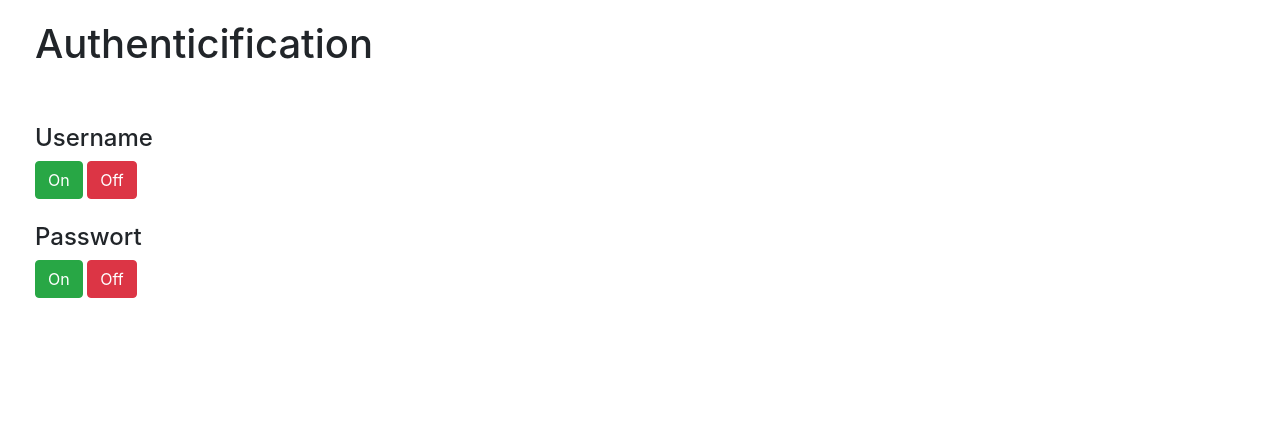
Repository: RobinWarth/Smart-Home-Solutions
Page: Code/Node/public/oauth.html
The author's editor kept a record of every edit. The page is drawn from the files as they stood at one moment, then again after the next edit.
The browser window is 1280 px wide. The pictures show the whole page.

Above is the page before.

After the next edit:
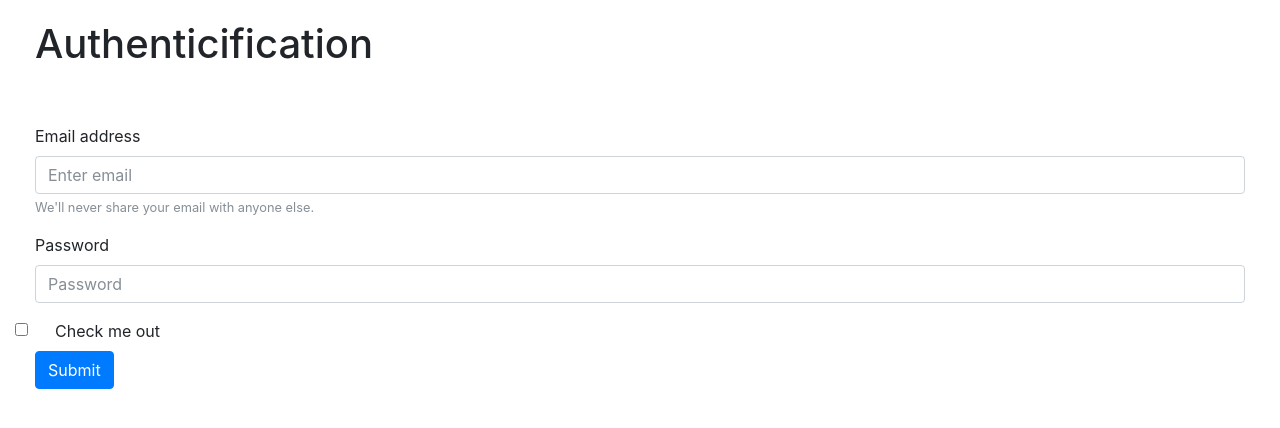
The edit:
--- a/Code/Node/public/oauth.html
+++ b/Code/Node/public/oauth.html
@@ -31,16 +31,22 @@
                 <br>
                 <br>
 
-                <h4>Username</h4>
-                <button type="button" id="buttonAon" class="btn btn-success">On</button>
-                <button type="button" id="buttonAoff" class="btn btn-danger">Off</button>
-                <br>
-                <br>
-                <h4>Passwort</h4>
-                <button type="button" id="buttonBon" class="btn btn-success">On</button>
-                <button type="button" id="buttonBoff" class="btn btn-danger">Off</button>
-                <br>
-                <br>
+                <form>
+                    <div class="form-group">
+                        <label for="exampleInputEmail1">Email address</label>
+                        <input type="email" class="form-control" id="exampleInputEmail1" aria-describedby="emailHelp" placeholder="Enter email">
+                        <small id="emailHelp" class="form-text text-muted">We'll never share your email with anyone else.</small>
+                    </div>
+                    <div class="form-group">
+                        <label for="exampleInputPassword1">Password</label>
+                        <input type="password" class="form-control" id="exampleInputPassword1" placeholder="Password">
+                    </div>
+                    <div class="form-check">
+                        <input type="checkbox" class="form-check-input" id="exampleCheck1">
+                        <label class="form-check-label" for="exampleCheck1">Check me out</label>
+                    </div>
+                    <button type="submit" class="btn btn-primary">Submit</button>
+                </form>
 
 
 
@@ -64,10 +70,7 @@
 
     <!-- Menu Toggle Script -->
     <script>
-    $("#menu-toggle").click(function(e) {
-        e.preventDefault();
-        $("#wrapper").toggleClass("toggled");
-    });
+
     </script>
 
     <script src="js/index.js"></script>
